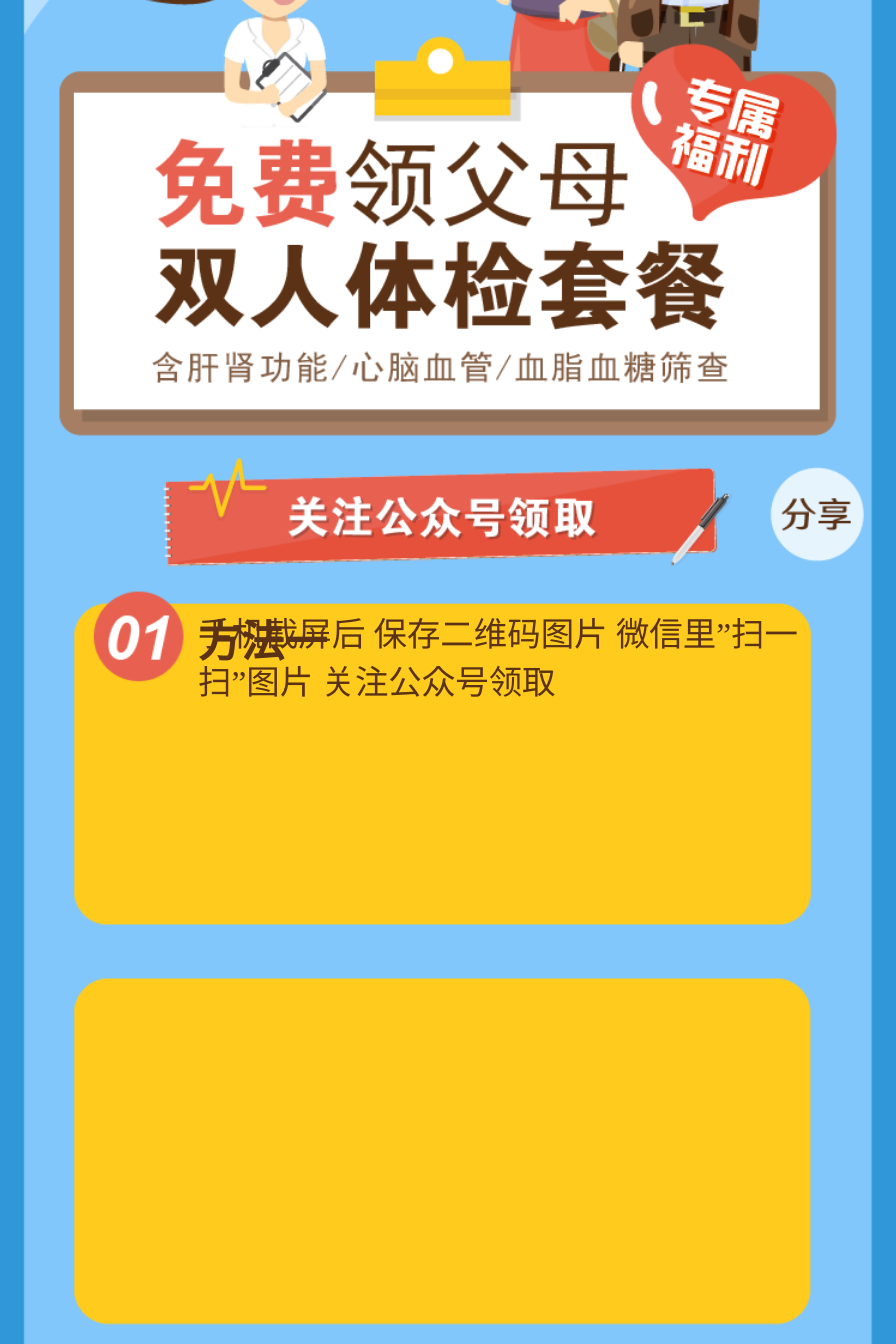
Repository: my-name-jun/enforceTraining
Page: zqtjfl/index.html
These files come from the project's save history. The page is drawn as it stood at one moment and after a run of saves; the edit follows.
The browser window is 1280 px wide. The pictures show the part of the page from y = 483 to 2403 px (the page is 2661 px tall), at 70% of full size.
The page's requests for data from a server got no answer.

Above is the page before, as saved 2018-09-19 14:53:50.

After the next 2 saves:
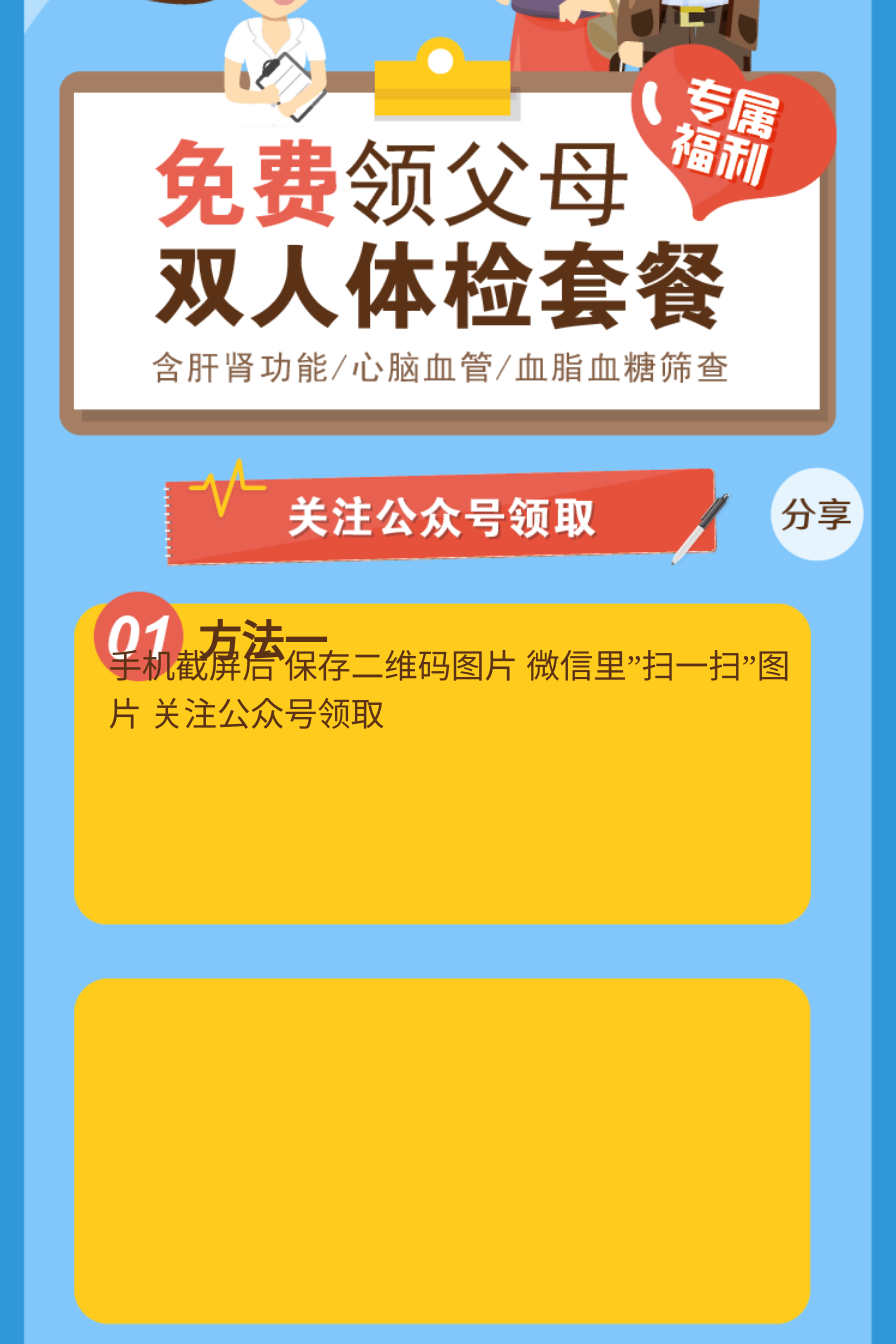
The 2 saves are shown as one change because they came seconds apart.
The last was saved 10 s later.
--- a/zqtjfl/css/index.css
+++ b/zqtjfl/css/index.css
@@ -72,8 +72,8 @@
     position: absolute;
     color: #5b3216;
     font-size: 1.4rem;
-    left: 16.5%;
-    top: 3.4%;
+    left: 4.5%;
+    top: 13.4%;
 }
 
 .footer{
